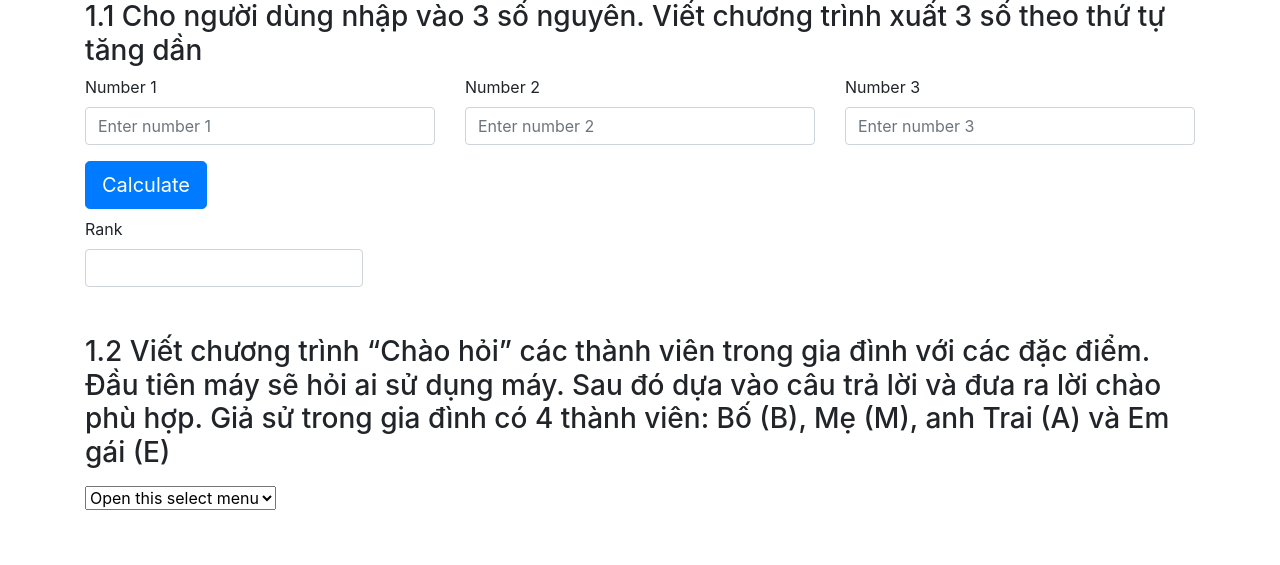
Repository: baobaodeveloper/bootscamp21__jsbasic__HuynhAnhBao
Page: index.html
These files come from the project's save history. The page is drawn as it stood at one moment and after a run of saves; the edit follows.
The browser window is 1280 px wide. The pictures show the whole page.

Above is the page before, as saved 2022-03-10 18:28:10.

After the next 2 saves:
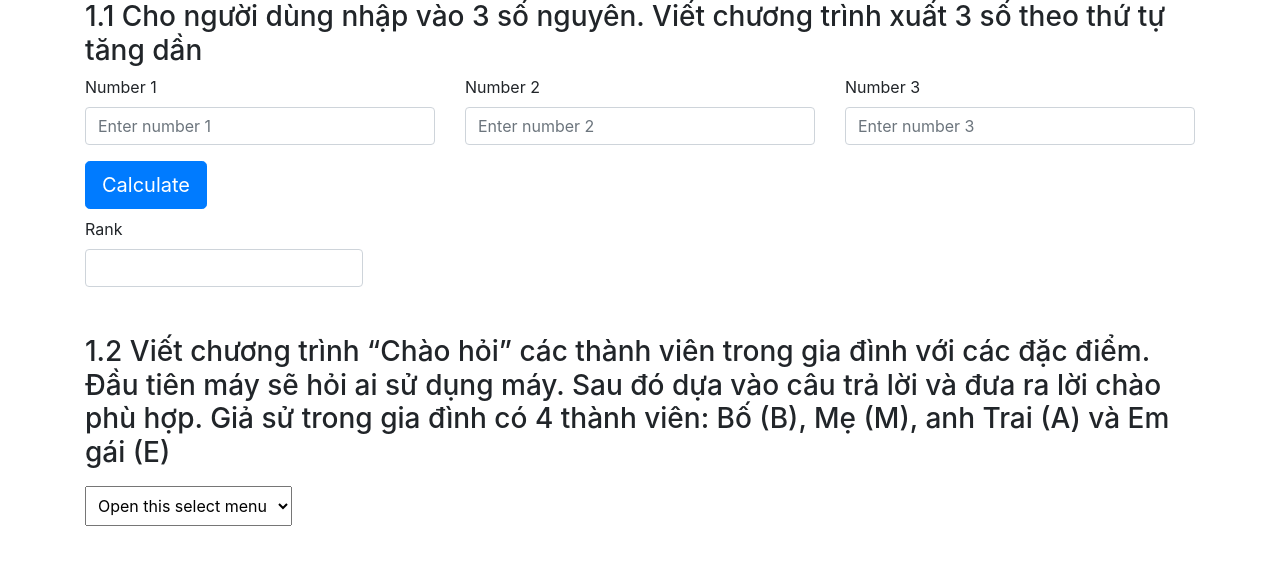
The 2 saves are shown as one change because they came seconds apart.
The last was saved 45 s later.
--- a/index.html
+++ b/index.html
@@ -73,7 +73,7 @@
         (B), Mẹ (M), anh Trai (A) và Em gái (E)
       </h3>
 
-      <select class="form-select" aria-label="Default select example">
+      <select class="form-select p-2" aria-label="Default select example">
         <option selected>Open this select menu</option>
         <option value="1">One</option>
         <option value="2">Two</option>
